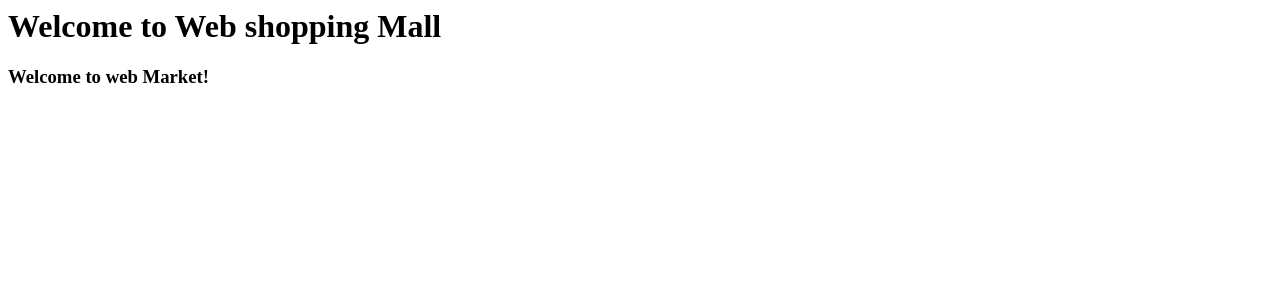
Repository: SeoHyungjun/Java_study
Page: http://localhost/WebMarket/welcome.jsp
An editor plug-in stored every save of this project. The page is shown before and after the next save, followed by the edit.
The browser window is 1280 px wide. The pictures show the whole page.
The page is served by Tomcat 9. Other server files are loaded and not shown.

Above is the page before, as saved 2022-09-19 10:35:37.

### eclipse_web_server/eclipse-workspace/WebMarket/src/main/webapp/welcome.jsp
<html>
<head>
<title>Welcome</title>
</head>
<body>
	<h1>Welcome to Web shopping Mall</h1>
	<h3>Welcome to web Market!</h3>
</body>
</html>

After the next save:
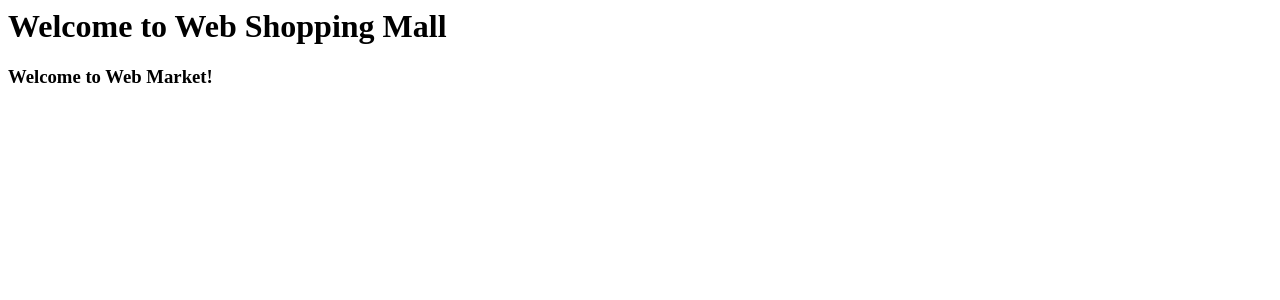
Saved 7 min 31 s later.
--- a/eclipse_web_server/eclipse-workspace/WebMarket/src/main/webapp/welcome.jsp
+++ b/eclipse_web_server/eclipse-workspace/WebMarket/src/main/webapp/welcome.jsp
@@ -3,7 +3,13 @@
 <title>Welcome</title>
 </head>
 <body>
-	<h1>Welcome to Web shopping Mall</h1>
-	<h3>Welcome to web Market!</h3>
+	<%! String greeting = "Welcome to Web Shopping Mall";
+	String tagline = "Welcome to Web Market!"; %>
+	<h1>
+		<%= greeting %>
+	</h1>
+	<h3>
+		<%= tagline %>
+	</h3>
 </body>
 </html>
